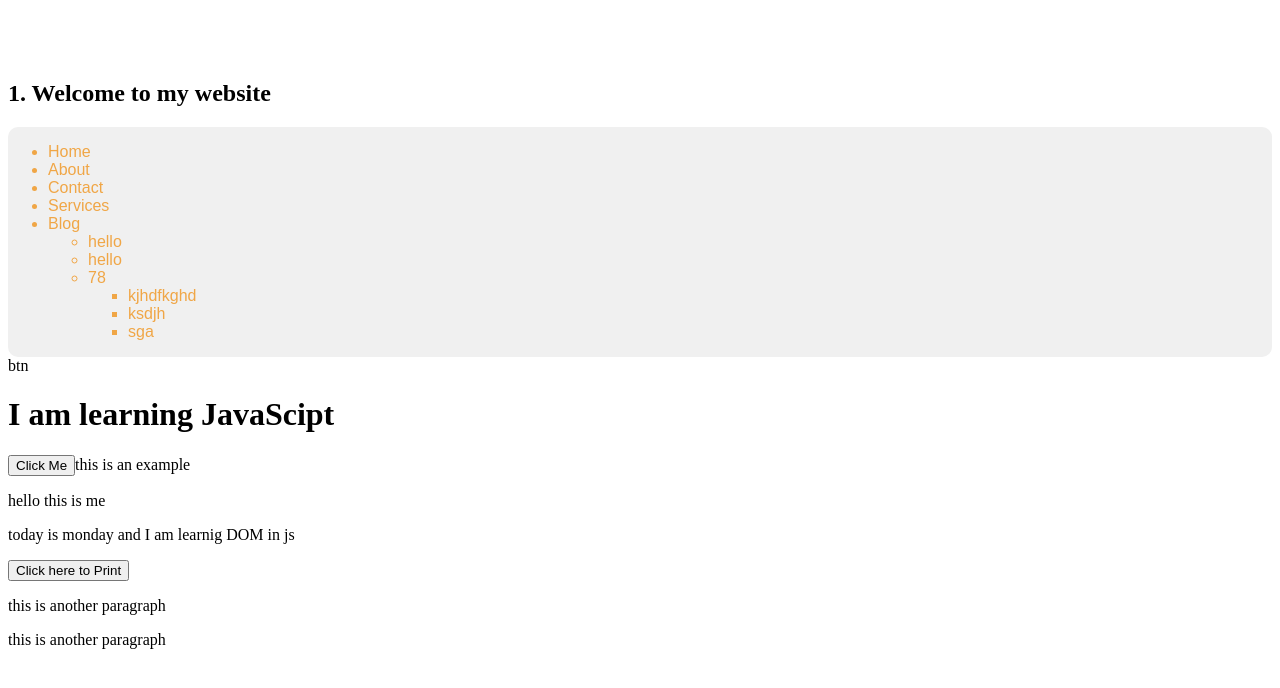
Repository: phulkeshwarmahto/CompleteJS
Page: index.html
The author's editor kept a copy of each file at every save. The page is drawn from the files as they stood at one save, then again after the next save.
The browser window is 1280 px wide. The pictures show the whole page.

Above is the page before, as saved 2025-06-26 11:19:11.

After the next save:
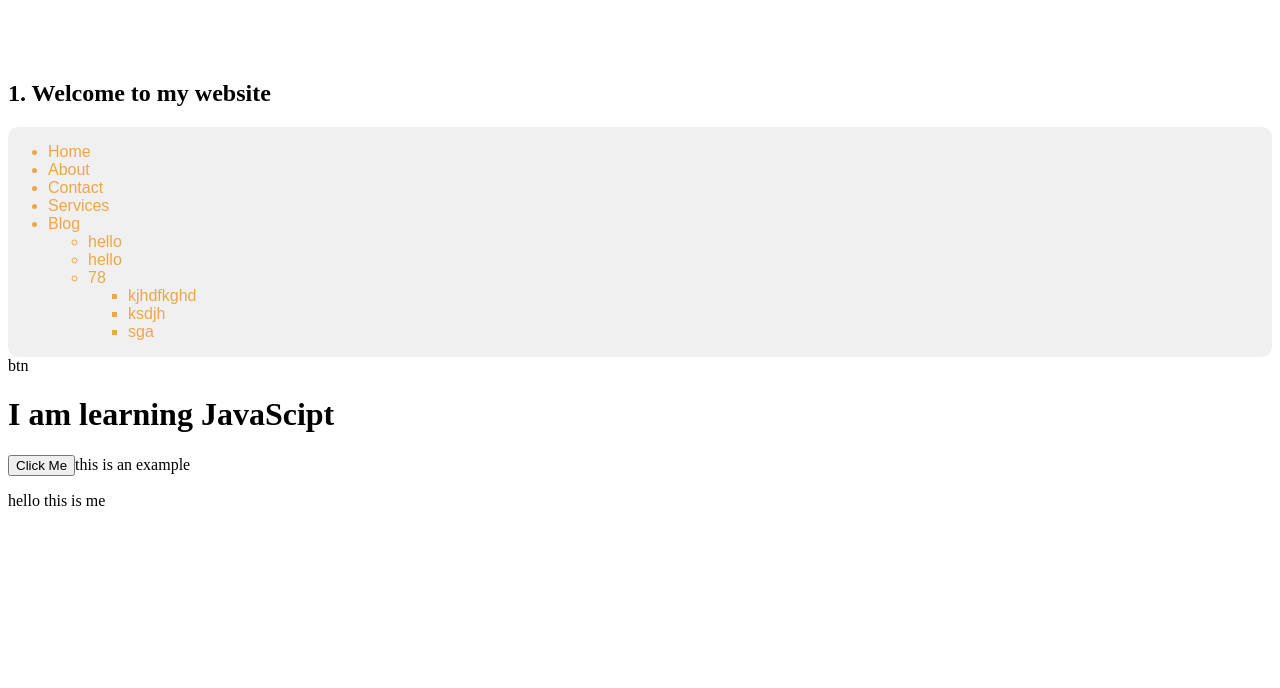
Saved 7 s later.
--- a/index.html
+++ b/index.html
@@ -31,10 +31,10 @@
     <h1 id="myH">I am learning JavaScipt
     </h1>
     <p id="myP">this is an example <p>hello this is me</p></p>
-    <p class="para" >today is monday and I am learnig DOM in js</p>
+    <!-- <p class="para" >today is monday and I am learnig DOM in js</p>
     <button onclick="window.print()">Click here to Print</button>
     <p >this is another paragraph</p>
-    <p >this is another paragraph</p>
+    <p >this is another paragraph</p> -->
 </body>
 <script src="first.js">
 </script>
